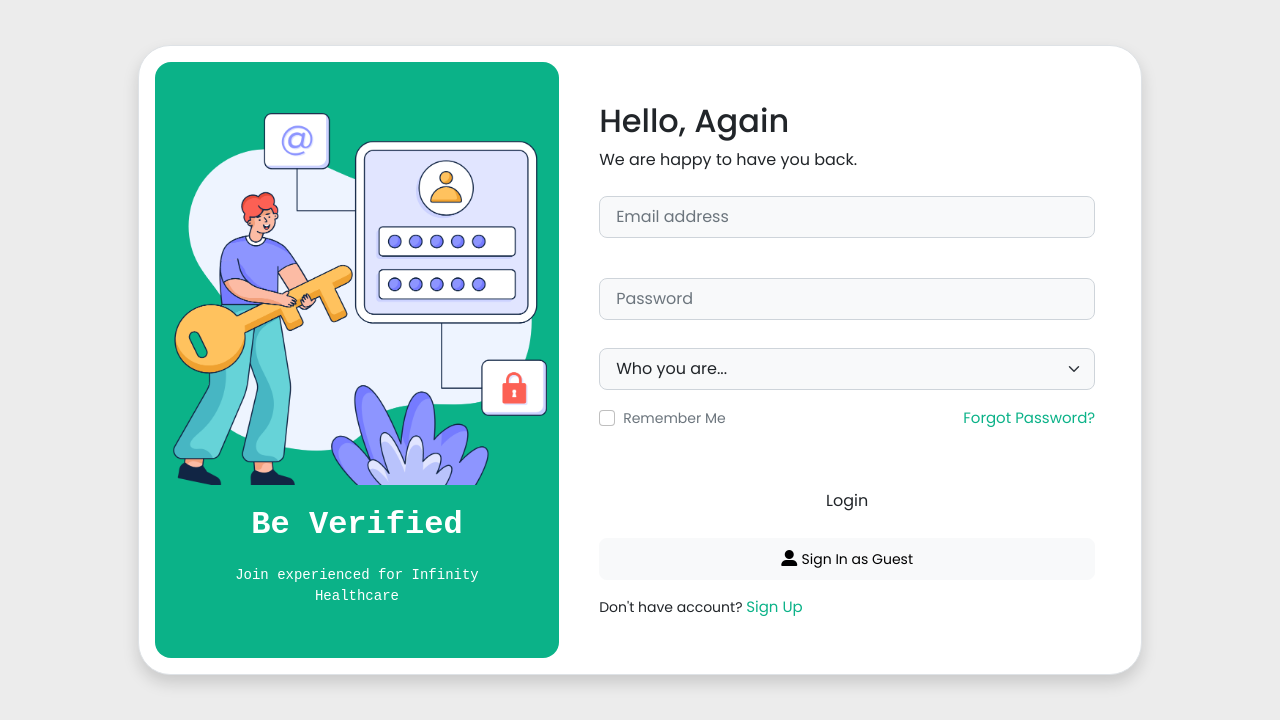
Repository: theonlymono/FitfinityHealthcareWebsiteJ2EE
Page: http://localhost/Fitfinity/LogInPage.jsp
The author's editor kept a copy of each file at every save. The page is drawn from the files as they stood at one save, then again after the next save.
The browser window is 1280 px wide. The pictures show the whole page.
The page is served by Tomcat 9.

Above is the page before, as saved 2024-02-24 11:22:03.

After the next save:
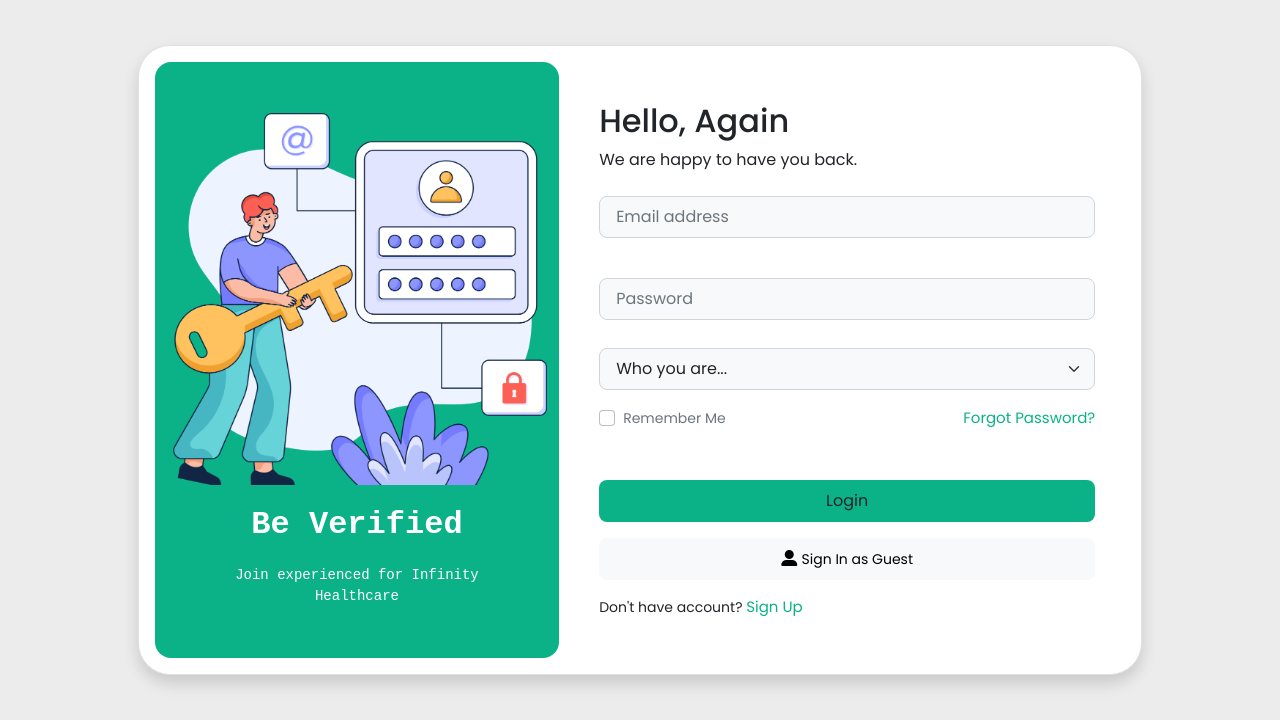
Saved 4 s later.
--- a/fitfinity/Fitfinity/WebContent/LogInPage.jsp
+++ b/fitfinity/Fitfinity/WebContent/LogInPage.jsp
@@ -87,7 +87,7 @@
                     </div>
                 </div>
                 <div  class="input-group mb-3">
-                    <button style=" background-color: 0bb288" class="btn btn-lg w-100 fs-6">Login</button>
+                    <button style=" background-color: #0bb288" class="btn btn-lg w-100 fs-6">Login</button>
                 </div>
                 <div class="input-group mb-3">
                     <a class=" w-100" href="#">

After the 2 saves that followed:
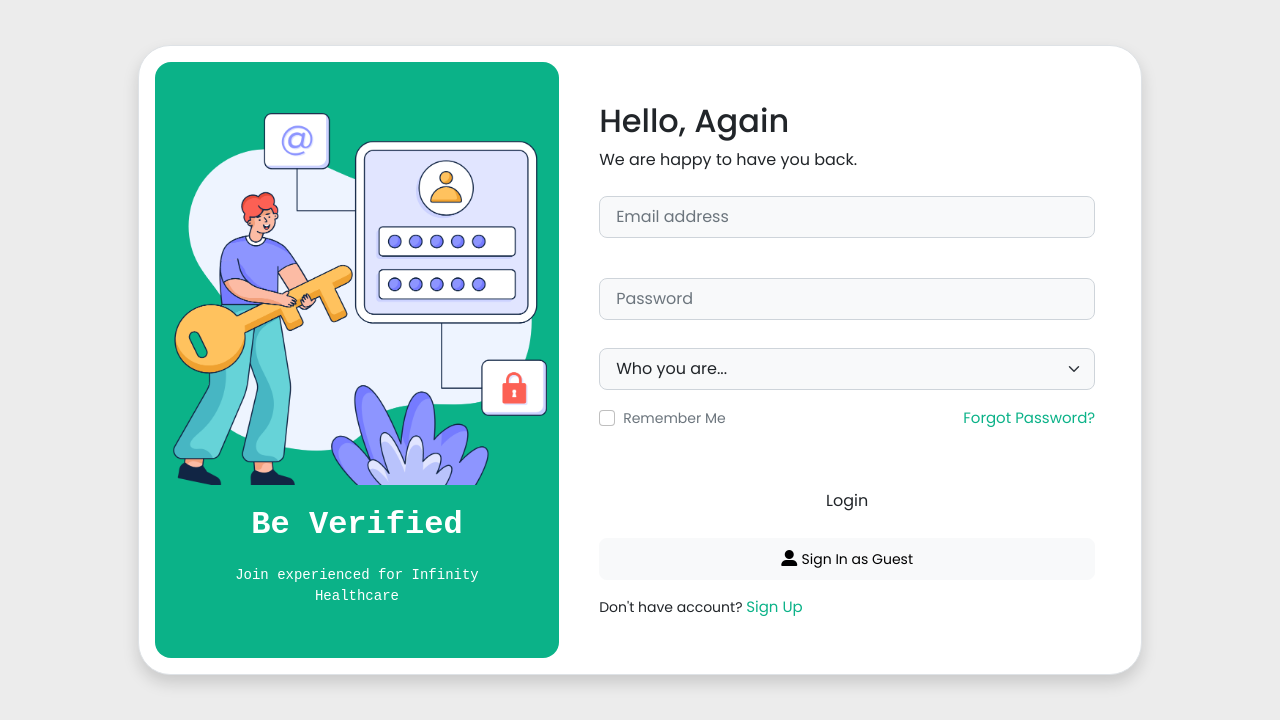
The 2 saves are shown as one change because they came seconds apart.
The last was saved 62 s later.
--- a/fitfinity/Fitfinity/WebContent/LogInPage.jsp
+++ b/fitfinity/Fitfinity/WebContent/LogInPage.jsp
@@ -87,7 +87,7 @@
                     </div>
                 </div>
                 <div  class="input-group mb-3">
-                    <button style=" background-color: #0bb288" class="btn btn-lg w-100 fs-6">Login</button>
+                    <button style=" background-color: #0bb288 color" class="btn btn-lg w-100 fs-6">Login</button>
                 </div>
                 <div class="input-group mb-3">
                     <a class=" w-100" href="#">
